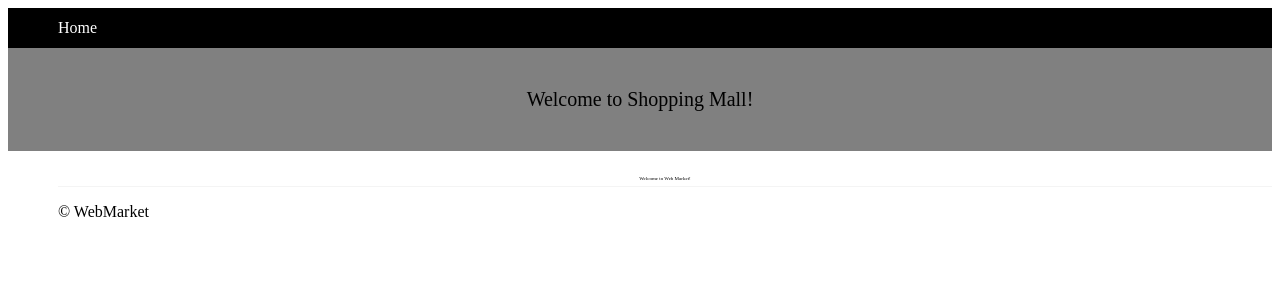
Repository: sunyeongan/Univ_lecture
Page: http://localhost/week7_jsp/ex5.jsp
The author's editor kept a copy of each file at every save. The page is drawn from the files as they stood at one save, then again after the next save.
The browser window is 1280 px wide. The pictures show the whole page.
The page is served by Tomcat 9.

Above is the page before, as saved 2022-04-14 03:09:04.

After the next save:
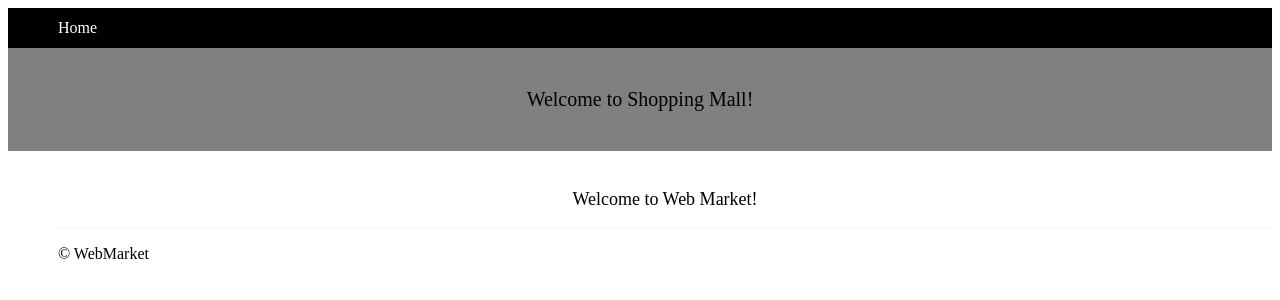
Saved 23 s later.
--- a/WebSever_2022/work/week7/week7_jsp/src/main/webapp/ex5.jsp
+++ b/WebSever_2022/work/week7/week7_jsp/src/main/webapp/ex5.jsp
@@ -22,7 +22,7 @@
 
 	}
 	.mid{
-		font-size : 5px;
+		font-size : 18px;
 		padding-top : 20px;
 		margin-left : 50px;
 		border-bottom : 1px solid rgb(244,244,244);
